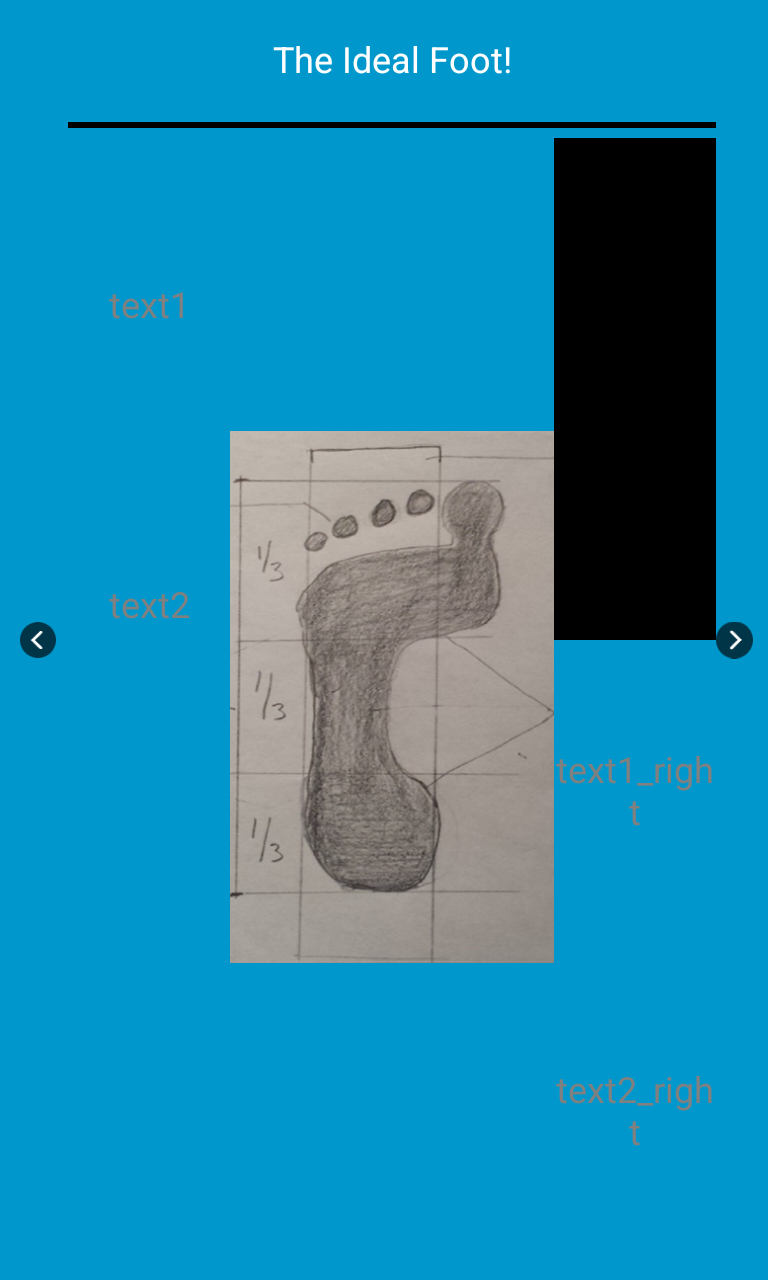
Repository: nanoweb12/GoodFeetAppNew
Layout: GoodFeetapp/res/layout/ideal_foot.xml
The author's editor kept a copy of each file at every save. The layout is drawn from the files as they stood at one save, then again after the next save.
It is drawn on a 768 x 1280 px phone screen (xhdpi) without system bars, with theme MyTheme; the app's code is not run.

Above is the layout before, as saved 2015-02-20 12:24:10.

After the next save:
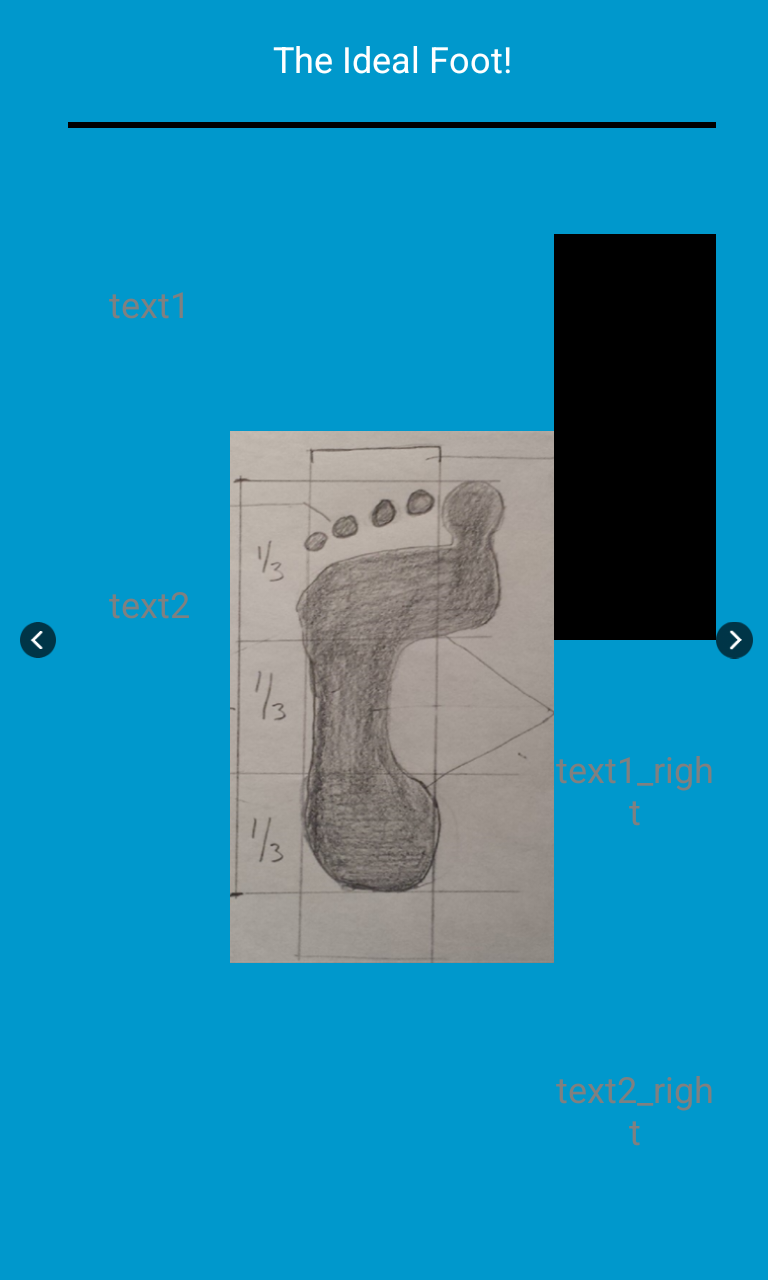
Saved 14 s later.
--- a/GoodFeetapp/res/layout/ideal_foot.xml
+++ b/GoodFeetapp/res/layout/ideal_foot.xml
@@ -96,7 +96,7 @@
                   <View
             android:layout_width="match_parent"
             android:layout_height="0dp"
-            android:layout_marginTop="2dp"
+            android:layout_marginTop="50dp"
             android:layout_weight="0.5"
 
            android:background="#000000"
